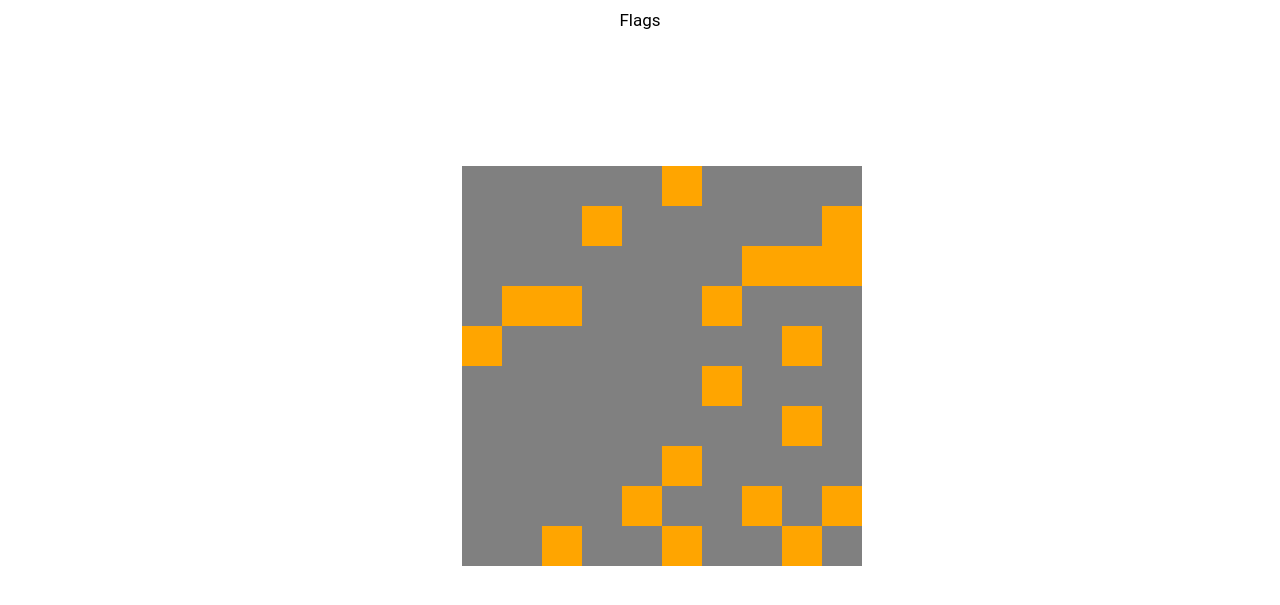
Repository: issaRan/MineSweeper
Page: html/index.html
An editor plug-in stored every save of this project. The page is shown before and after the next save, followed by the edit.
The browser window is 1280 px wide. The pictures show the whole page.

Above is the page before, as saved 2020-10-23 15:59:31.

### html/index.html
<!DOCTYPE html>
<html lang="en">
<head>
    <meta charset="UTF-8">
    <meta name="viewport" content="width=device-width, initial-scale=1.0">
    <title>MineSweeper</title>
    <link rel="stylesheet" href="../css/styles.css">
    <script src="../js/index.js" charset="utf-8"></script>
</head>
<body>
  <div class="flags">Flags</div>
  <div class="grid"></div>
</body>
</html>

### css/styles.css
.grid {
    height: 400px;
    width: 400px;
    display: flex;
    flex-wrap: wrap;
    background-color: grey;
    position: absolute;
    top: 30%;
    left: 40%;
    margin-top: -50px;
    margin-left: -50px;
    border:1px solid 1px
}
.grid div {
    height: 40px;
    width: 40px;
}
.flags {
    background-color: #ffffff;
    color: #000000;
    font-family: "Roboto", sans-serif;
    font-size: 17px;
    text-align: center;
    line-height: 1.5em;
}
.bomb {
    background-color: orange;
}
.checked{
    background-color: red;
}

### js/index.js
document.addEventListener('DOMContentLoaded',()=>{
    const grid = document.querySelector('.grid')
    let width = 10
    let flag = 0
    let squares = []
    let isGameOver = false
    let bombAamount = 20
    function createBoard(){
        const bombArray = Array(bombAamount).fill('bomb')
        const emptyArray = Array(width*width - bombAamount).fill('valid')
        const gameArray = emptyArray.concat(bombArray)
        const shuffledArray = gameArray.sort(()=> Math.random() -0.5)
        for(let i = 0; i < width*width;i++){
            const sqaure = document.createElement('div')
            sqaure.setAttribute('id',i)
            sqaure.classList.add(shuffledArray[i])
            grid.appendChild(sqaure)
            squares.push(sqaure)
            sqaure.addEventListener('click',(e)=>{
                click(sqaure)
            })
            sqaure.oncontextmenu = function(e){
                e.preventDefault()
                addFlag(sqaure)
            }
        }
        for (let i = 0; i < squares.length; i++) {
            let total = 0
            const isLeftEdge = (i % width === 0)
            const isRightEdge = (i % width === width -1)

            if (squares[i].classList.contains('valid')) {
              if (i > 0 && !isLeftEdge && squares[i -1].classList.contains('bomb')) total ++
              if (i > 9 && !isRightEdge && squares[i + 1 -width].classList.contains('bomb')) total ++
              if (i > 10 && squares[i -width].classList.contains('bomb')) total ++
              if (i > 11 && !isLeftEdge && squares[i -1 -width].classList.contains('bomb')) total ++
              if (i < 98 && !isRightEdge && squares[i +1].classList.contains('bomb')) total ++
              if (i < 90 && !isLeftEdge && squares[i -1 +width].classList.contains('bomb')) total ++
              if (i < 88 && !isRightEdge && squares[i +1 +width].classList.contains('bomb')) total ++
              if (i < 89 && squares[i +width].classList.contains('bomb')) total ++
              squares[i].setAttribute('data', total)
            }
        }
    }
    createBoard()
    function click(square){
        let currentId = square.id
        if(isGameOver) return
        if(square.classList.contains('checked') || square.classList.contains('flag')){
            return
        }
        if(square.classList.contains('bomb')){
            gameOver(square)
        }else{
            let total = square.getAttribute('data')
            if(total != 0){
                square.classList.add('checked')
                square.innerHTML = total
                return
            }
            checkSquare(square,currentId)
        }
        square.classList.add('checked')

    }
    function checkSquare(square,currentId){
        const isLeftEdge = (currentId % width === 0)
        const isRightEdge = (currentId % width === width -1)
        setTimeout(()=>{
            if (currentId > 0 && !isLeftEdge) {
                const newId = squares[parseInt(currentId) -1].id
                //const newId = parseInt(currentId) - 1   ....refactor
                const newSquare = document.getElementById(newId)
                click(newSquare)
              }
              if (currentId > 9 && !isRightEdge) {
                const newId = squares[parseInt(currentId) +1 -width].id
                //const newId = parseInt(currentId) +1 -width   ....refactor
                const newSquare = document.getElementById(newId)
                click(newSquare)
              }
              if (currentId > 10) {
                const newId = squares[parseInt(currentId -width)].id
                const newSquare = document.getElementById(newId)
                click(newSquare)
              }
              if (currentId > 11 && !isLeftEdge) {
                const newId = squares[parseInt(currentId) -1 -width].id

                const newSquare = document.getElementById(newId)
                click(newSquare)
              }
              if (currentId < 98 && !isRightEdge) {
                const newId = squares[parseInt(currentId) +1].id
                const newSquare = document.getElementById(newId)
                click(newSquare)
              }
              if (currentId < 90 && !isLeftEdge) {
                const newId = squares[parseInt(currentId) -1 +width].id
                const newSquare = document.getElementById(newId)
                click(newSquare)
              }
              if (currentId < 88 && !isRightEdge) {
                const newId = squares[parseInt(currentId) +1 +width].id
                const newSquare = document.getElementById(newId)
                click(newSquare)
              }
              if (currentId < 89) {
                const newId = squares[parseInt(currentId) +width].id
                const newSquare = document.getElementById(newId)
                click(newSquare)
              }
        },10)
    }
    function gameOver(square){
        console.log("Boom !")
        isGameOver = true
        squares.forEach(square=> {
            if(square.classList.contains('bomb')){
                square.innerHTML = '💣'
            }
        })
    }
    function addFlag(square){
        if(isGameOver) return
        if(!square.classList.contains('checked') && (flag < bombAamount)) {
            if(!square.classList.contains('flag')){
                square.classList.add('flag')
                square.innerHTML = ' 🚩'
                checkForWin()
                flag++;
            }else{
                square.classList.remove('flag')
                square.innerHTML = ''
                flag--;
            }
        }
    }
    function checkForWin(){
        let matches = 0
        for(let i = 0; i < squares.length;i++){
            if(squares[i].classList.contains('flag') && squares[i].classList.contains('bomb')){
                matches++
            }
            if(matches == bombAamount){
                isGameOver = true
                console.log('You Win !')
            }
        }
    }
})

After the next save:
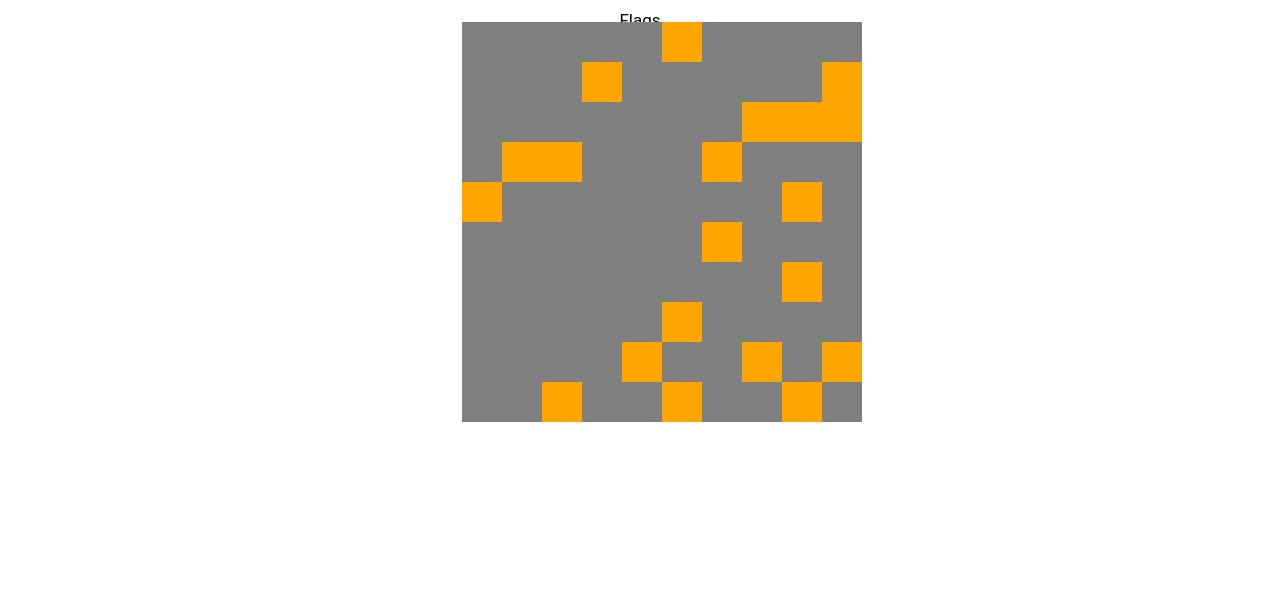
Saved 10 s later.
--- a/css/styles.css
+++ b/css/styles.css
@@ -5,7 +5,7 @@
     flex-wrap: wrap;
     background-color: grey;
     position: absolute;
-    top: 30%;
+    top: 10%;
     left: 40%;
     margin-top: -50px;
     margin-left: -50px;
